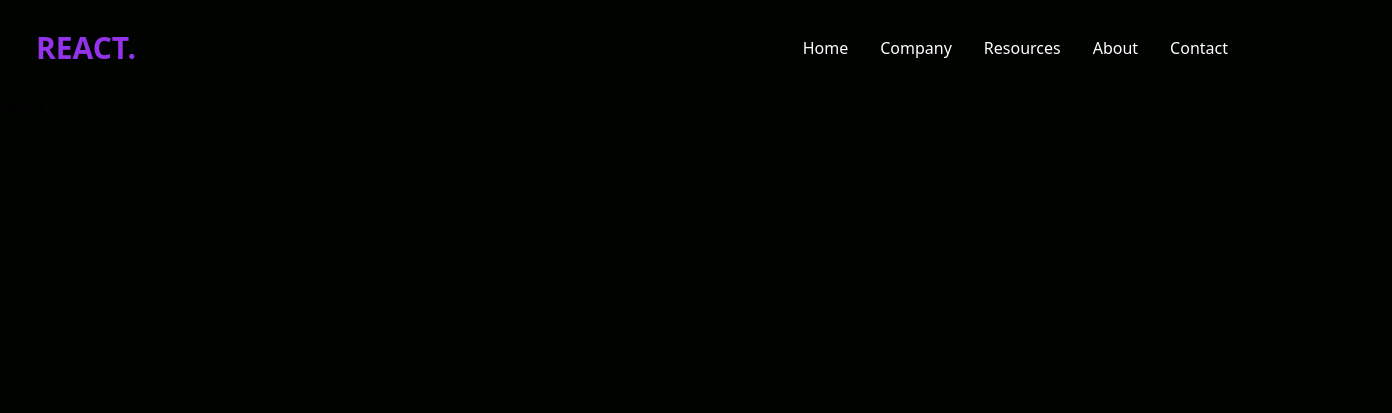
Repository: OmniaRafat232111121/tailwindreact
Page: /
An editor plug-in stored every save of this project. The page is shown before and after a run of saves, followed by the edit.
The browser window is 1280 px wide. The page is 1280 px wide, then 1392 px, then 1280 px, so the pictures cover 1392 px, including what lies to the right of the window. The pictures show the whole page.
The project was rebuilt for these pictures with package versions that can differ from the ones it lists, and the page was loaded fresh each time.

Above is the page before, as saved 2022-09-11 02:09:24.

### src/index.js
import React from 'react';
import ReactDOM from 'react-dom/client';
import './index.css';
import App from './App';
import 'animate.css';
const root = ReactDOM.createRoot(document.getElementById('root'));
root.render(
  <React.StrictMode>
    <App />
  </React.StrictMode>
);

### src/App.js
import React from 'react';
// import Analytics from './components/Analytics';
// import Cards from './components/Cards';
// import Footer from './components/Footer';
// import Hero from './components/Hero';
import Navbar from './components/Navbar';
// import Newsletter from './components/Newsletter';

function App() {
  return (
    <div>
      <Navbar />
       <h1>Helell</h1>
    </div>
  );
}

export default App;

### src/components/Navbar.jsx
import React, { useState } from 'react';
import { AiOutlineClose, AiOutlineMenu } from 'react-icons/ai';

const Navbar = () => {
    const [nav, setNav] = useState(false);

    const handleNav = () => {
      setNav(!nav);
    };

  return (
    <div className=' animate__animated animate__animated animate__backInRight flex justify-around items-center  text-white h-24 max-w-[1240px] px-4 mx-auto'>
      <h1 className='w-full text-3xl font-bold text-purple-600'>REACT.</h1>
      <ul className='hidden md:flex'>
        <li className='p-4 border-purple-600  hover:border-b-2 '>Home</li>
        <li className='p-4 border-purple-600  hover:border-b-2'>Company</li>
        <li className='p-4 border-purple-600  hover:border-b-2 '>Resources</li>
        <li className='p-4 border-purple-600  hover:border-b-2'>About</li>
        <li className='p-4 border-purple-600  hover:border-b-2 '>Contact</li>
      </ul>
      <div onClick={handleNav} className='block md:hidden'>
      {nav ? <AiOutlineClose size={20}/> : <AiOutlineMenu size={20} />}
  </div>
  <div className='h-100%'>
  <ul className={nav ? 'fixed left-0 top-0 w-[50%] min-h-[50%] border-r border-r-gray-900 bg-[#000300] ease-in-out duration-500' : 'ease-in-out duration-500 fixed left-[-100%]'}>
  <h1 className='w-full text-3xl font-bold text-purple-600 m-4'>REACT.</h1>
      <li className='p-4  border-purple-600  hover:border-b-4'>Home</li>
      <li className='p-4  border-purple-600  hover:border-b-4'>Company</li>
      <li className='p-4  border-purple-600  hover:border-b-4'>Resources</li>
      <li className='p-4  border-purple-600  hover:border-b-4'>About</li>
      <li className='p-4'>Contact</li>
  </ul>
  </div>
</div>
  );
};

export default Navbar;

Loaded but not shown: public/index.html (common file); src/index.css (common file); tailwind.config.js (common file)

After the next 2 saves:
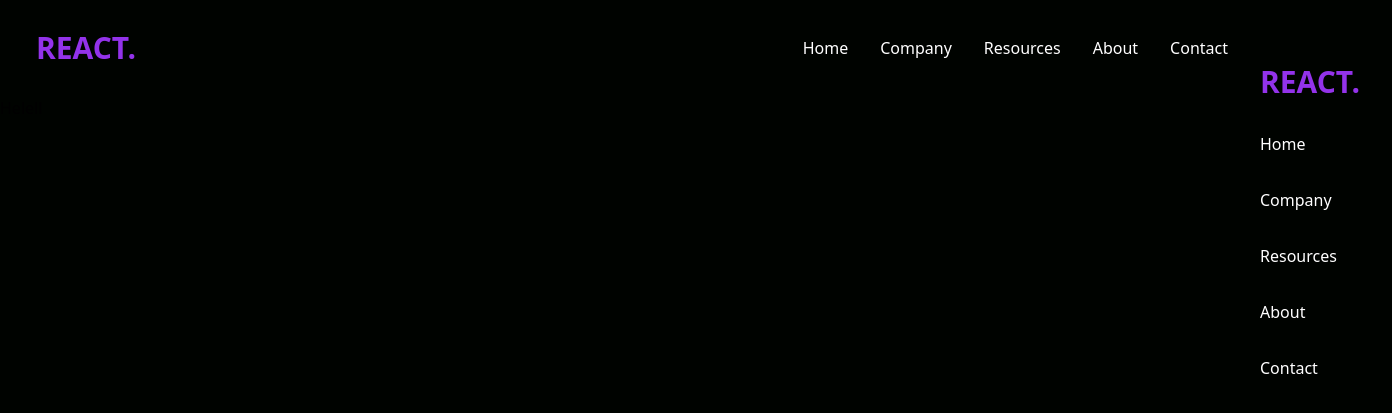
The 2 saves are shown as one change because they came seconds apart.
The last was saved 24 s later.
--- a/src/components/Navbar.jsx
+++ b/src/components/Navbar.jsx
@@ -21,7 +21,7 @@
       <div onClick={handleNav} className='block md:hidden'>
       {nav ? <AiOutlineClose size={20}/> : <AiOutlineMenu size={20} />}
   </div>
-  <div className='h-100%'>
+  <div className='h-100% animate__animated animate__animated animate__backInRight'>
   <ul className={nav ? 'fixed left-0 top-0 w-[50%] min-h-[50%] border-r border-r-gray-900 bg-[#000300] ease-in-out duration-500' : 'ease-in-out duration-500 fixed left-[-100%]'}>
   <h1 className='w-full text-3xl font-bold text-purple-600 m-4'>REACT.</h1>
       <li className='p-4  border-purple-600  hover:border-b-4'>Home</li>

After the 6 saves that followed:
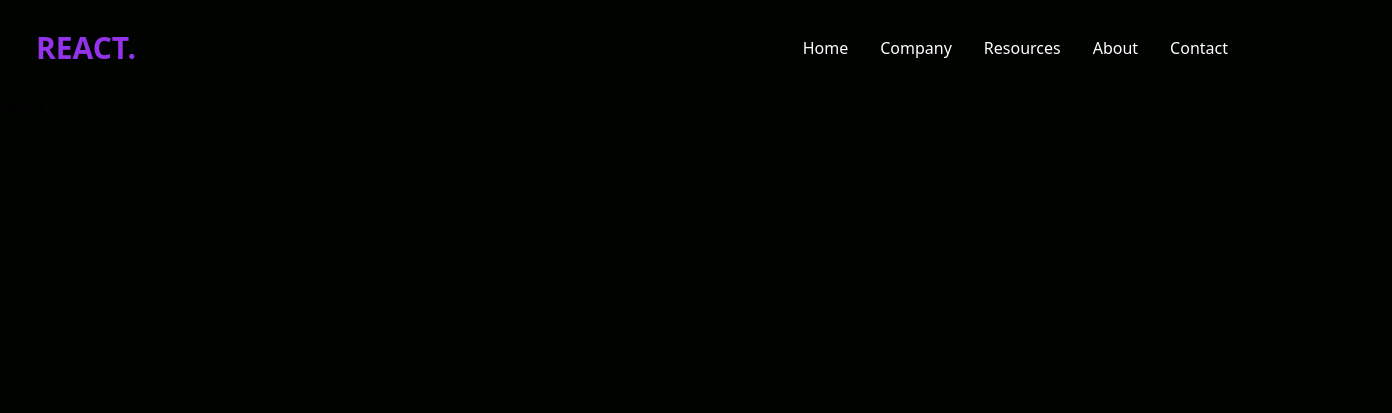
The 6 saves are shown as one change because 1 left the picture as it was and some came seconds apart.
The last was saved 40 s later.
--- a/src/components/Navbar.jsx
+++ b/src/components/Navbar.jsx
@@ -21,7 +21,7 @@
       <div onClick={handleNav} className='block md:hidden'>
       {nav ? <AiOutlineClose size={20}/> : <AiOutlineMenu size={20} />}
   </div>
-  <div className='h-100% animate__animated animate__animated animate__backInRight'>
+  <div className='h-100% animate__animated animate__animated animate__animate__shakeX'>
   <ul className={nav ? 'fixed left-0 top-0 w-[50%] min-h-[50%] border-r border-r-gray-900 bg-[#000300] ease-in-out duration-500' : 'ease-in-out duration-500 fixed left-[-100%]'}>
   <h1 className='w-full text-3xl font-bold text-purple-600 m-4'>REACT.</h1>
       <li className='p-4  border-purple-600  hover:border-b-4'>Home</li>
